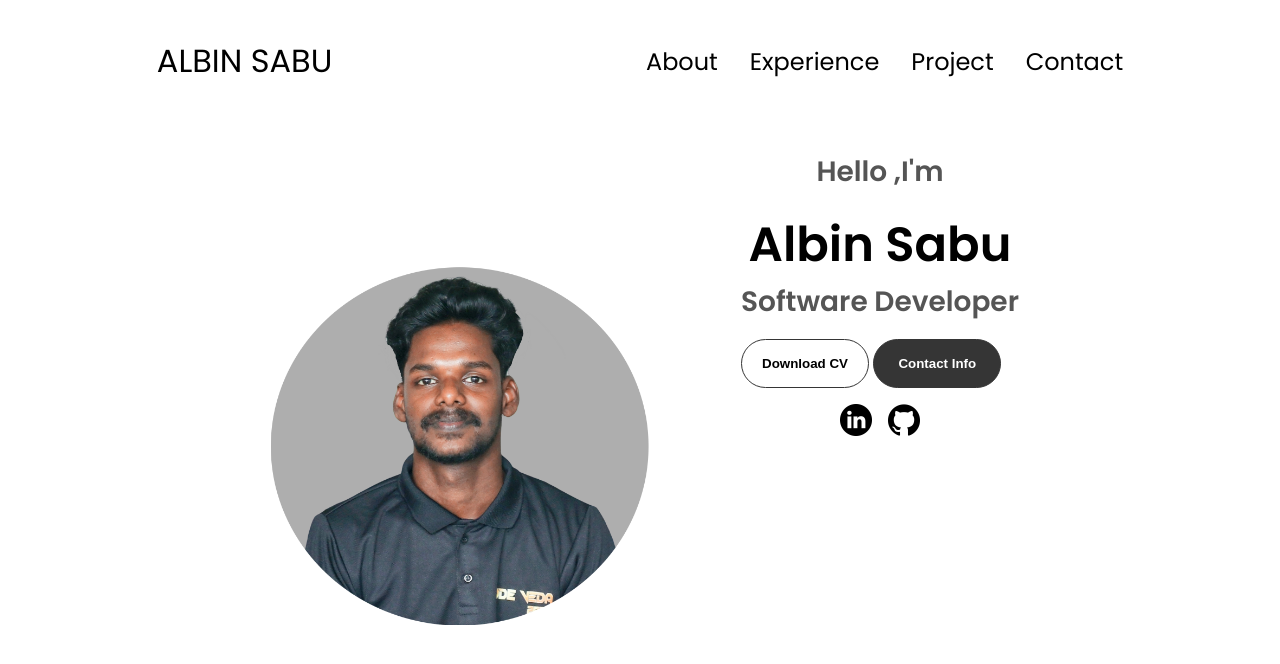
Repository: albinsabu2023/albinsabu
Page: index.html
These files come from the project's save history. The page is drawn as it stood at one moment and after the next save; the edit follows.
The browser window is 1280 px wide. The pictures show the whole page.

Above is the page before, as saved 2023-08-29 12:25:29.

### index.html
<!DOCTYPE html>
<html lang="en">
<link>
    <meta charset="UTF-8">
    <meta name="viewport" content="width=device-width, initial-scale=1.0">
    <title>Albin Sabu</title>
    <link rel="stylesheet" href="style.css"/>
    <link rel="stylesheet" href="mediaqueries.css">
</head>
<body>
    <nav id="desktop-nav">
        <div class="logo">
            ALBIN SABU
        </div>
        <div>
            <ul class="nav-links">
                <li><a href="#about">About</a></li>
                <li><a href="#experience">Experience</a></li>
                <li><a href="#project">Project</a></li>
                <li><a href="#contact">Contact</a></li>
            </ul>
        </div>
    </nav>
    <nav id="hamburger-nav">
        <div clas="logo"> ALBIN SABU</div>
        <div class="hamburger-menu">
            <div class="hamburger-icon" onclick="toggleMenu()">
                <span></span>
                <span></span>
                <span></span>
            </div>
            <div class="menu-links">
                <li><a href="#about" onclick="toggleMenu()">About</a></li>
                <li><a href="#about" onclick="toggleMenu()">Experience</a></li>
                <li><a href="#about" onclick="toggleMenu()">Project</a></li>
                <li><a href="#about" onclick="toggleMenu()">Contact</a></li>
            </div>
        </div>
    </nav>
    <section id="profile">
        <div class="section__pic-container">
            <img src="./assets/Albin Sabu2.png" alt="profile-pic">
        </div>
        <div class="section__text">
            <p class="section__text__p1">Hello ,I'm</p>
            <h1 class="title">Albin Sabu</h1>
            <p class="section__text__p2">Software Developer</p>
            <div class="btn_container">
                <button class="btn btn-color-2" onclick="window.open('./assets/Albin sabu.pdf')">Download CV</button>
                <button class="btn btn-color-1" onclick="location.href='#contact'">Contact Info</button>
            </div>
            <div id="social-container">
                <img src="./assets/linkedin.png" alt="My Linkedin Profile" class="icon" onclick="location.href='https://www.linkedin.com/in/albin-sabu-377798230'">
                <img src="./assets/github.png" alt="My Github Profile" class="icon" onclick="location.href='https://github.com/albinsabu2023'">

            </div>
        </div>
    </section>
    <script src="script.js"></script>
</body>
</html>

### style.css
@import url('https://fonts.googleapis.com/css2?family=Poppins:ital,wght@0,300;0,400;0,500;0,600;1,200;1,300;1,500;1,600&display=swap');

* {
    margin: 0;
    padding: 0;
}

body {
    font-family: 'Poppins', sans-serif;
}

html {
    scroll-behavior: smooth;
}

p {
    color: rgb(85, 85, 85);
}

a,
.btn {
    transition: all 300ms ease
}

/* Desktop navigation */
nav,
.nav-links {
    display: flex;

}

nav {
    justify-content: space-around;
    align-items: center;
    height: 17vh;

}

.nav-links {
    gap: 2rem;
    list-style: none;
    font-size: 1.5rem;
}
a{
    color:black;
    text-decoration: none;
    text-decoration-color: white;
}

a:hover{
    color:gray;
    text-decoration:underline;
    text-underline-offset:1rem ;
    text-decoration-color:rgb(181,181,181);
}

.logo{
    font-size:2rem;
}

#hamburger-nav{
    display:none;
}
.hamburger-menu{
    position: relative;
    display:inline-block;
}
.hamburger-icon{
    display: flex;
    flex-direction: column;
    justify-content: space-between;
    height: 24px;
    width: 30px;
    cursor: pointer;
}

.hamburger-icon span{
    width:100%;
    height: 2px;
    background-color: black;
    transition: all 0.3 ease-in-out;
}

.menu-links{
    position:absolute;
    top:100%;
    right:0%;
    background-color: white;
    width: fit-content;
    max-height: 0;
    overflow: hidden;
    transition: all 0.3 ease-in-out;
}

.menu-links{
    display: block;
    padding: 10px;
    text-align: center;
    font-size: 1.5rem;
    color: black;
    text-decoration: none;
    transform: all 0.3 ease-in-out;
}

.menu-links li{
    list-style: none;

}

.menu-links.open{
    max-height: 300px;
}

.hamburger-icon.open span:first-child{
    transform:rotate(45deg) translate(10px,5px);
}
.hamburger-icon.open span:nth-child(2){
   opacity:0;
}
.hamburger-icon.open span:last-child{
    transform:rotate(-45deg) translate(10px,-5px);
}

.hamburger-icon span:first-child{
    transform: none;
}
.hamburger-icon span:first-child{
    opacity:1;
}
.hamburger-icon span:first-child{
    transform: none;
}

section{
    padding-top:4vh ;
    height: 96vh;
    margin: 0 10rem;
    box-sizing: border-box;
    min-height: fit-content;
}

.section-container{
    display: flex;
}

#profile{
    display: flex;
    justify-content: center;
    gap: 5rem;
    height:  80vh;
}

.section__pic-container{
    display: flex;
    height: 400px;
    width: 400px;
    margin: auto 0;
}

.section__tex{

    align-self:center;
    text-align: center;
}

.section__text p{
    font-weight: 600;
}
.section__text__p1{
    text-align: center;
    font-size:1.75rem;
    margin-bottom:1rem ;
}
.section__text__p2 {
    text-align: center;
    font-size: 1.75rem;
    margin-bottom: 1rem;
}

.title{
    font-size:3rem;
    text-align: center;
}
#social-container{
    display: flex;
    justify-content: center;
    margin-top: 1rem;
    gap: 1rem;
}

/* icon */
.icon{
    cursor: pointer;
    height: 2rem;
}

.btn-container{
    display: flex;
    justify-content:center;
    gap: 1rem;
}
.btn{
    font-weight: 600;
    transition: all 300ms ease;
    padding: 1rem;
    width: 8rem;
    border-radius: 2rem;

}

.btn-color-1,.btn-color-2{
    border:rgb(53,53,53) 0.1rem solid;
}
.btn-color-1:hover,
.btn-color-2:hover {
   cursor:pointer
}
.btn-color-1,
.btn-color-2:hover {
   background: rgb(53,53,53);
   color: white;
}

.btn-color-1:hover{
    background-color: rgb(0,0,0);

}
.btn-color-2{
    background:none
    ;
}
.btn-color-2:hover{
    border:rgb(255,255,255) 0.1rem solid;
}

### mediaqueries.css
@media screen and (max-width:1200px){
    #desktop-nav{
        display: none;
    }
    #hamburger-nav{
        display: flex;
    }
}

Loaded but not shown: script.js (common file)

After the next save:
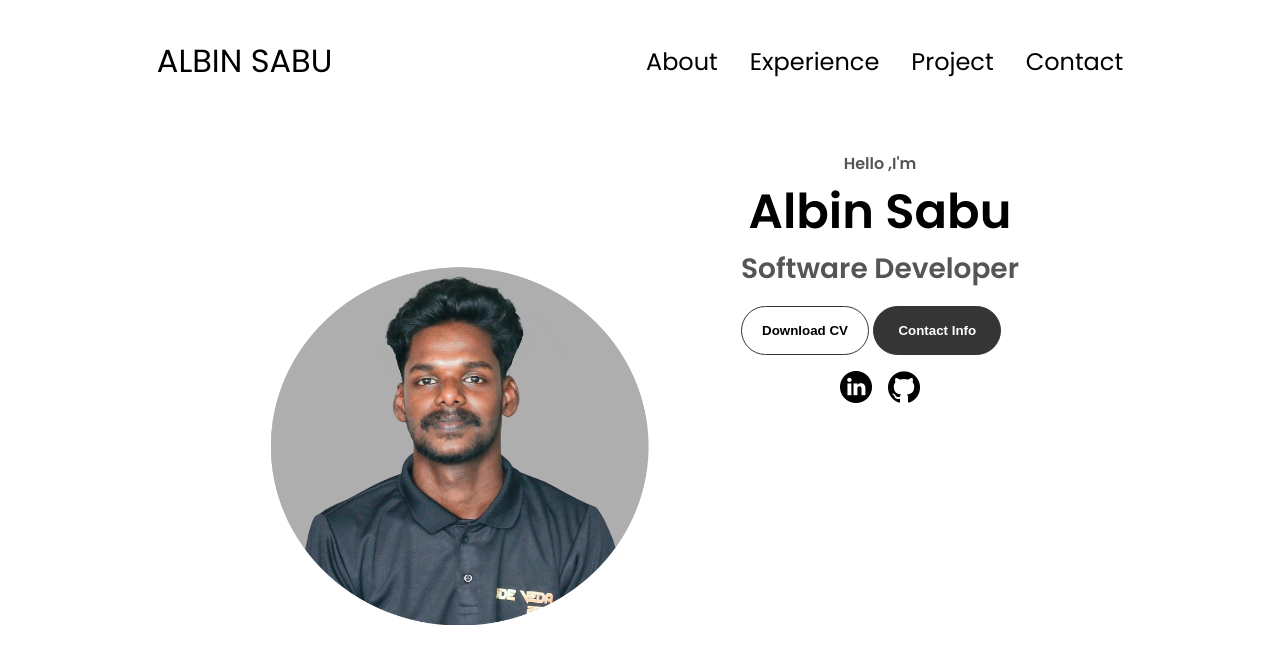
Saved 23 h 16 min later.
--- a/style.css
+++ b/style.css
@@ -168,11 +168,10 @@ section{
 }
 .section__text__p1{
     text-align: center;
-    font-size:1.75rem;
-    margin-bottom:1rem ;
+
 }
 .section__text__p2 {
-    text-align: center;
+
     font-size: 1.75rem;
     margin-bottom: 1rem;
 }
